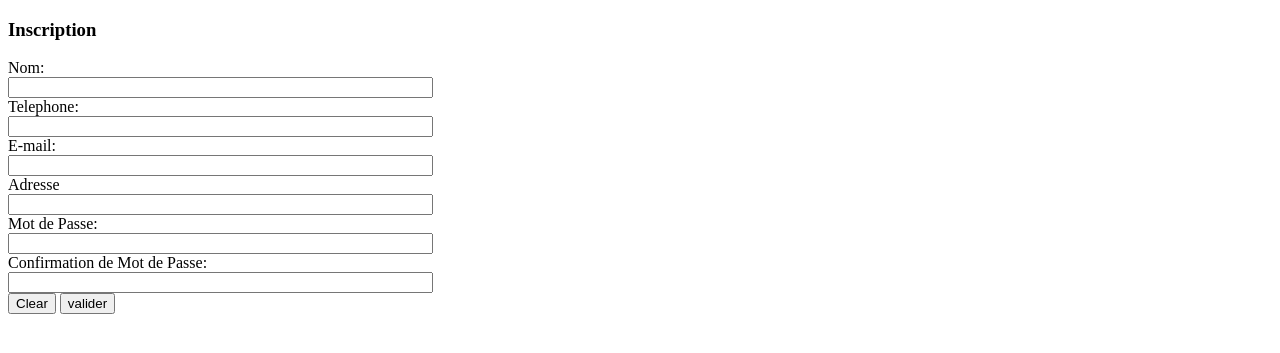
Repository: SenhajiMahmoud/testContact-Appartoo
Page: carnetAdresse/inscription.html
These files come from the project's save history. The page is drawn as it stood at one moment and after a run of saves; the edit follows.
The browser window is 1280 px wide. The pictures show the whole page.

Above is the page before, as saved 2016-05-16 15:45:02.

After the next 2 saves:
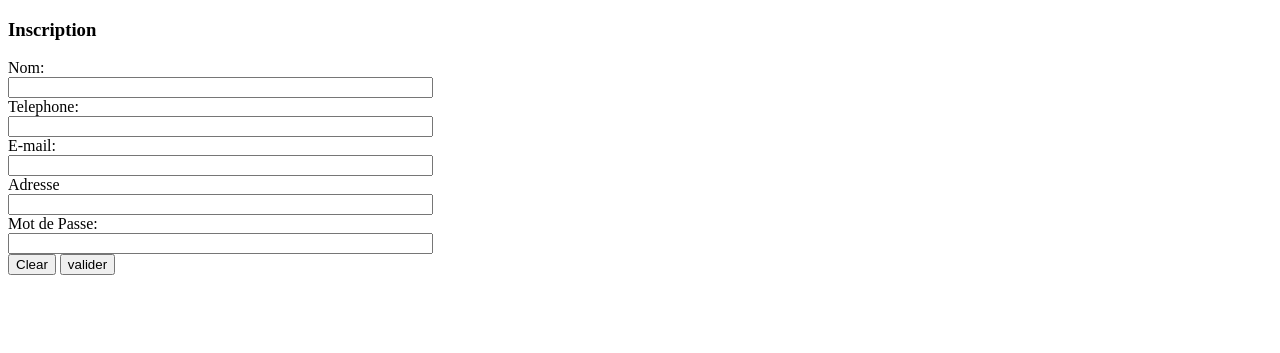
The 2 saves are shown as one change because they came seconds apart.
The last was saved 30 s later.
--- a/carnetAdresse/inscription.html
+++ b/carnetAdresse/inscription.html
@@ -48,18 +48,6 @@
 	            </label>
             <div class="clear"></div>
 
-
-            <div class="form-txt">Confirmation de Mot de Passe:</div>
-            <label class="pass1">
-              <input id="pass1" class="input1" type="password" name="pass1" size="50">
-              <span class="error"></span>
-              <span class="empty"></span>
-            </label>
-            <div class="clear"></div>
-
-
-        <div class="clear" ></div>
-
         <div class="btns">
         	<input value="Clear" type="reset" id="clear">
         	<input value="valider" type="submit" id="envoyer">
